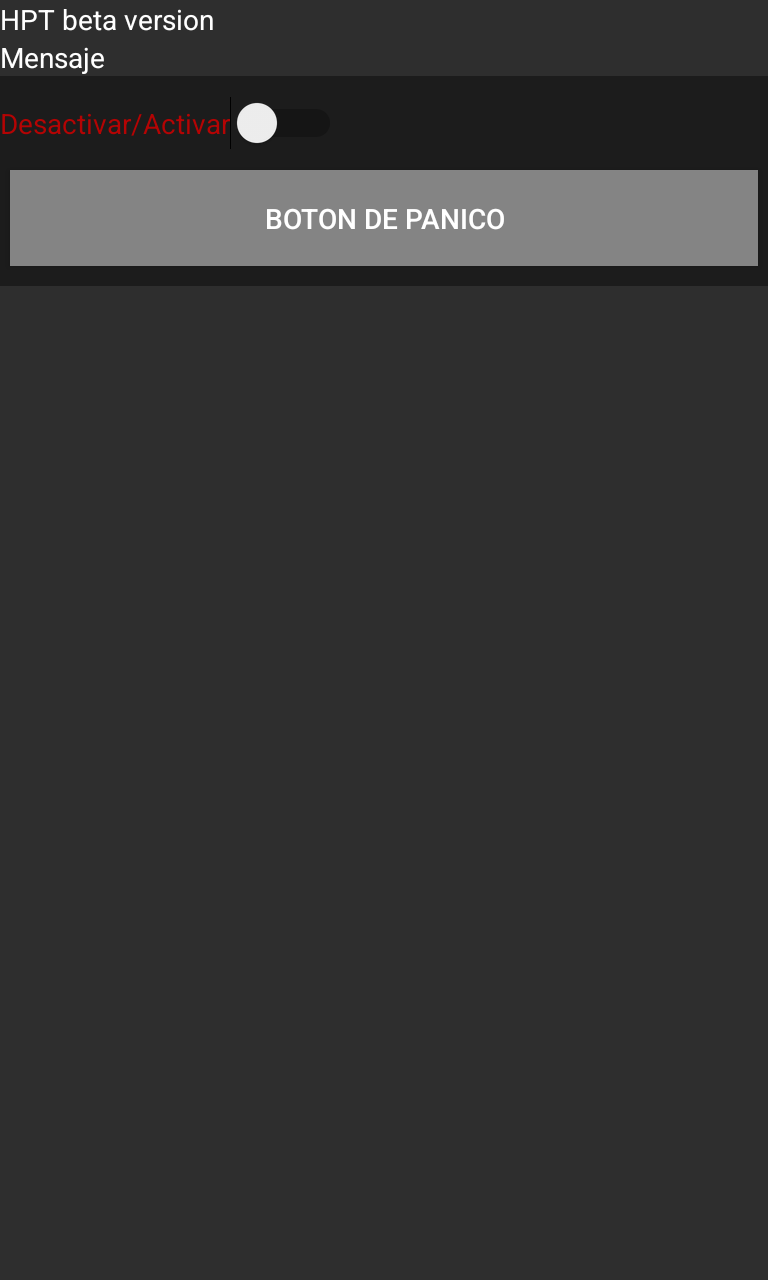
Repository: aludena18/android_apps
Layout: HunterPersonalTrack/res/layout/activity_main.xml
These files come from the project's save history. The layout is drawn as it stood at one moment and after the next save; the edit follows.
It is drawn on a 768 x 1280 px phone screen (xhdpi) without system bars, with theme AppTheme; the app's code is not run.

Above is the layout before, as saved 2015-10-16 19:53:21.

After the next save:
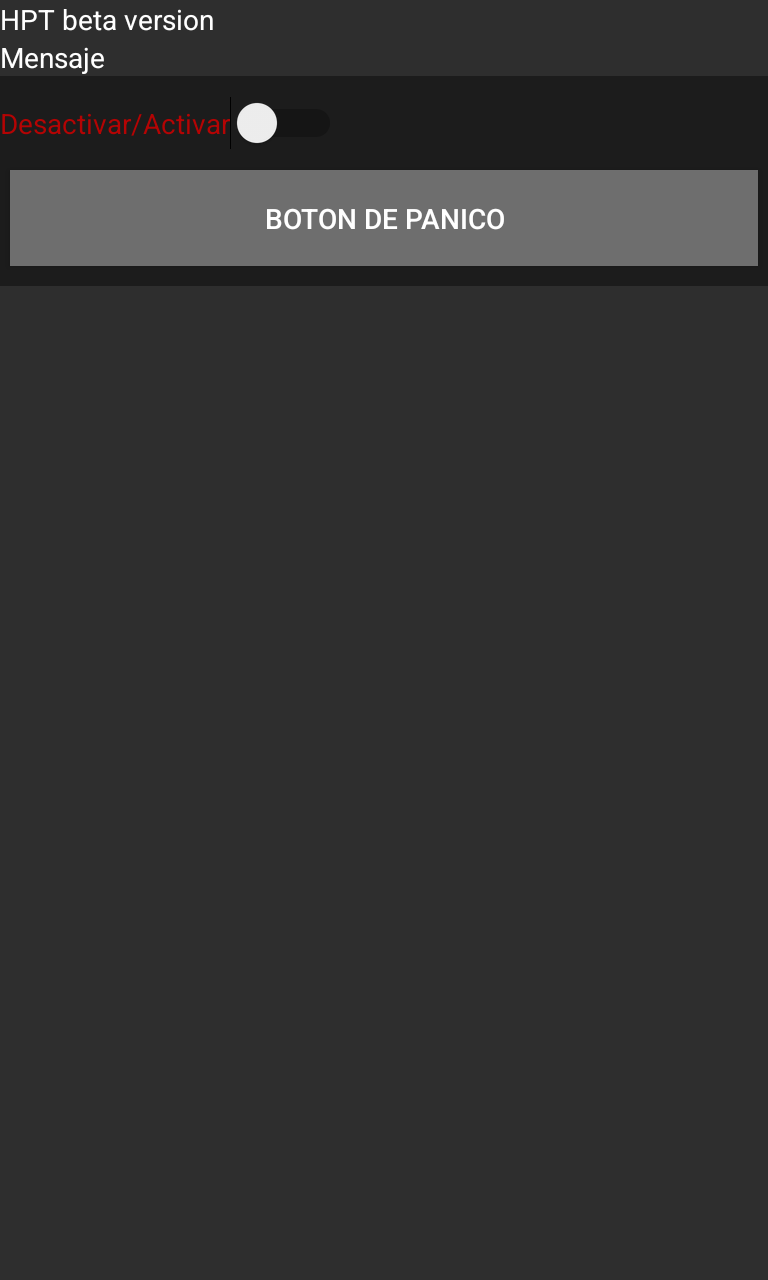
Saved 24 s later.
--- a/HunterPersonalTrack/res/layout/activity_main.xml
+++ b/HunterPersonalTrack/res/layout/activity_main.xml
@@ -41,7 +41,7 @@
         	android:layout_marginLeft="5dp"
         	android:layout_marginRight="5dp"
         	android:layout_marginBottom="10dp"
-        	android:background="#848484"
+        	android:background="#6E6E6E"
         	android:textColor="#FFFFFF"
         	android:text="@string/etqBtnPanico"/>
 
